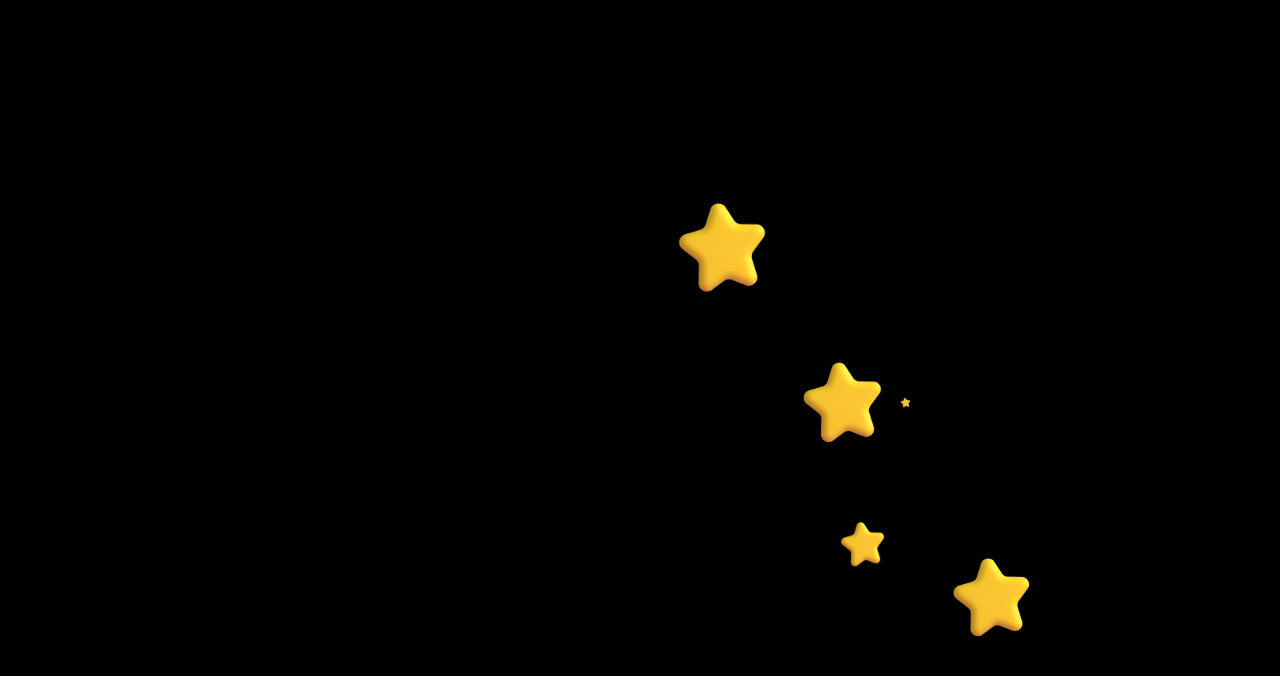
Repository: heartbreathing/Star-game
Page: index.html
The author's editor kept a copy of each file at every save. The page is drawn from the files as they stood at one save, then again after a run of saves.
The browser window is 1280 px wide. The pictures show the whole page.

Above is the page before, as saved 2022-10-28 23:18:10.

After the next 2 saves:
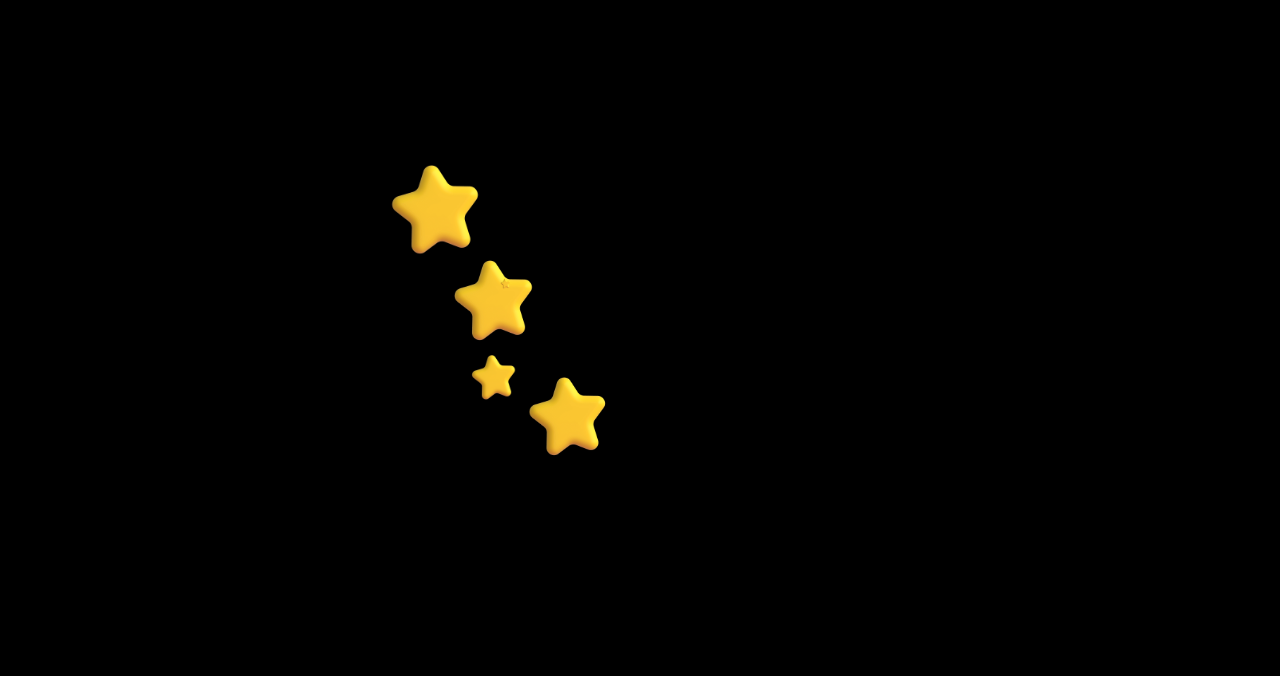
The 2 saves are shown as one change because they came seconds apart.
The last was saved 39 s later.
--- a/index.html
+++ b/index.html
@@ -19,8 +19,8 @@
 
           var wid = Math.floor(Math.random() * 100 + 10);
           obj.width = wid;
-          var x = Math.floor(Math.random() * 1000 + 100);
-          var y = Math.floor(Math.random() * 500 + 100);
+          var x = Math.floor(Math.random() * 500 + 100);
+          var y = Math.floor(Math.random() * 300 + 100);
           obj.style.position = 'absolute';
           obj.style.top = y + 'px';
           obj.style.left = x + 'px';
